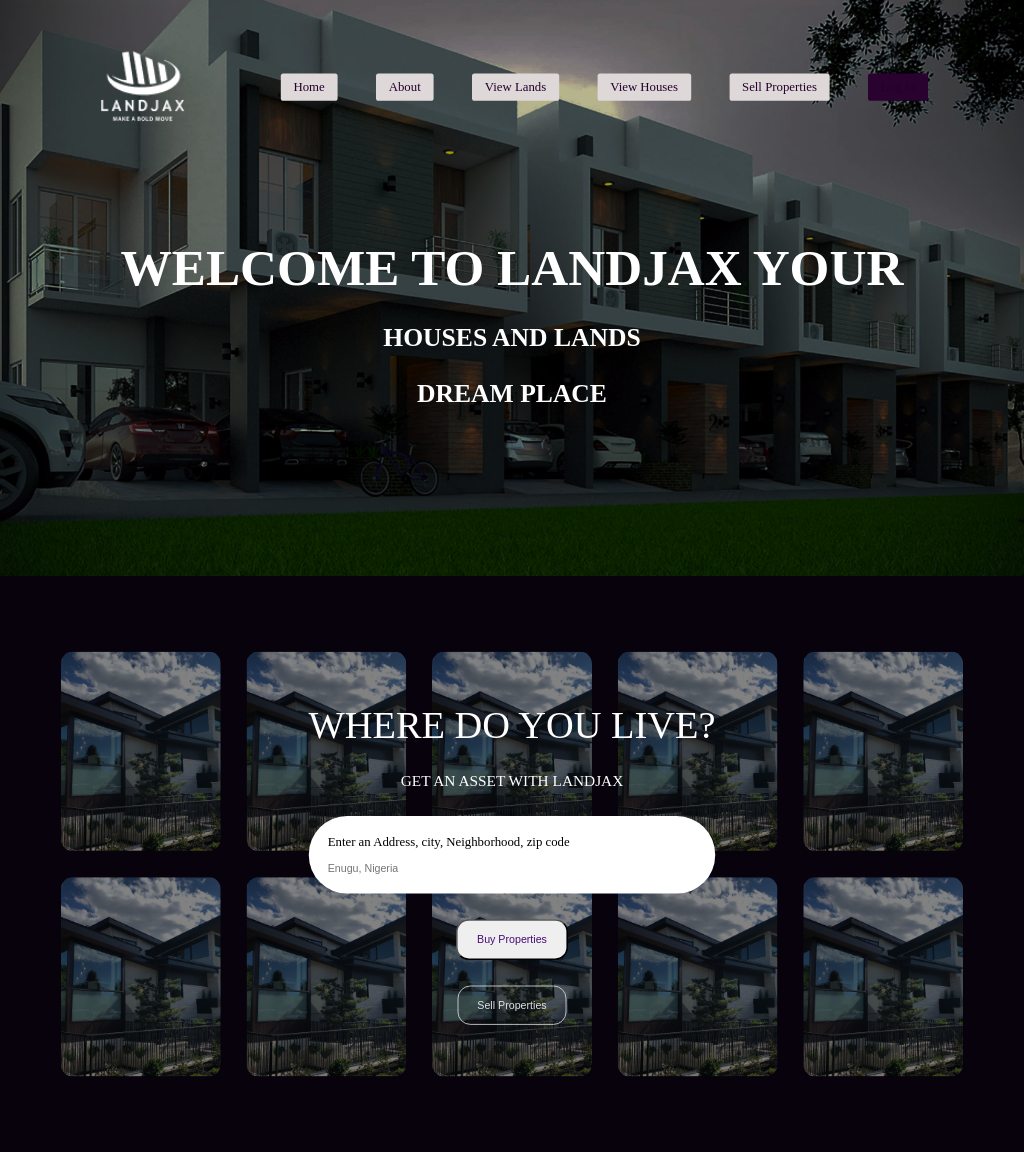
Repository: NorVirae/landjax-frontend
Page: /
The author's editor kept a copy of each file at every save. The page is drawn from the files as they stood at one save, then again after a run of saves.
The browser window is 1280 px wide. The pictures show the whole page, at 80% of full size.
The project was rebuilt for these pictures with package versions that can differ from the ones it lists, and the page was loaded fresh each time. The framework's server and built-in components were replaced by stand-ins that run in the browser. Also part of the build but not shown: next.config.js.

Above is the page before, as saved 2022-07-02 16:23:02.

After the next 8 saves:
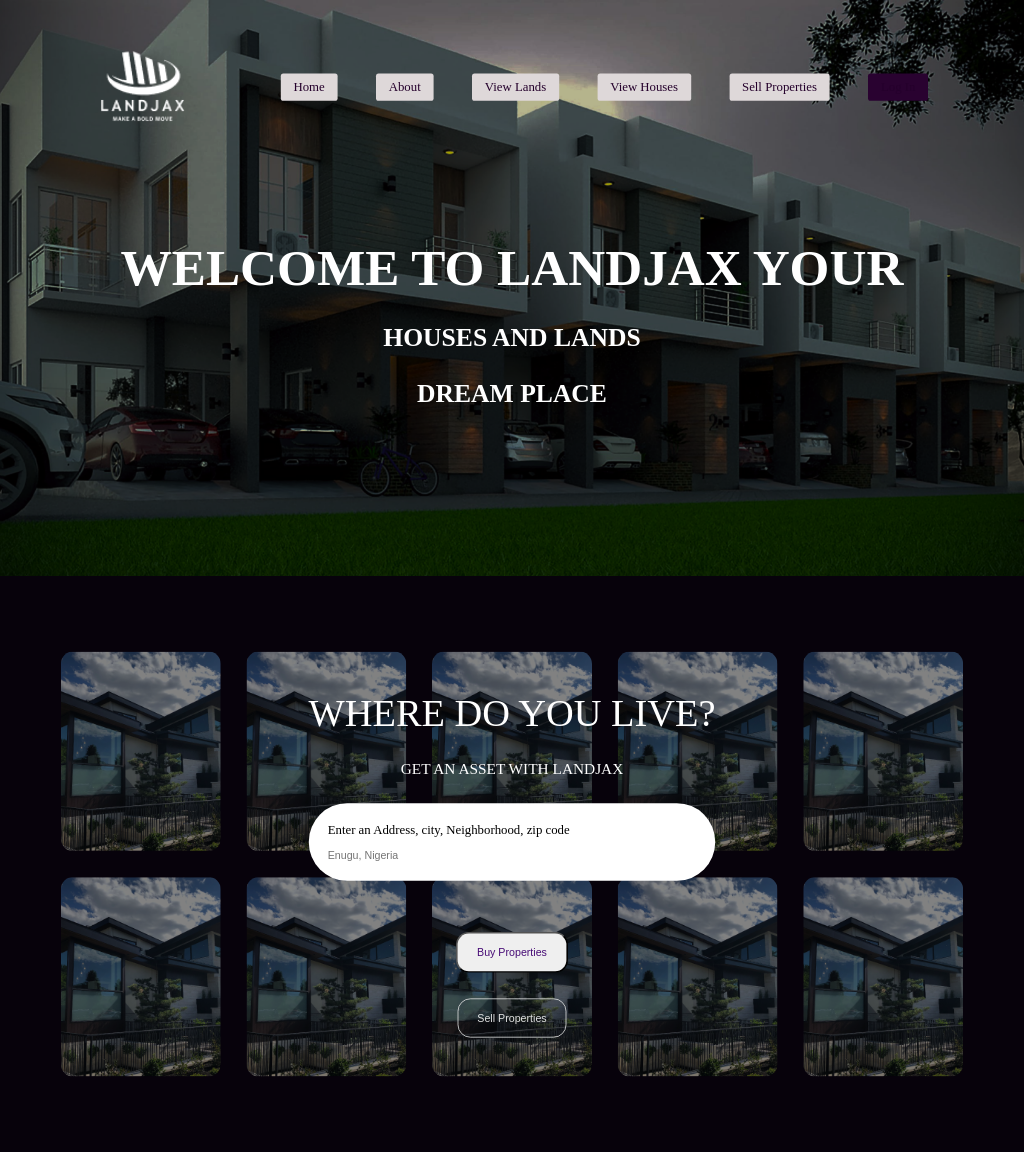
The 8 saves are shown as one change because 3 did not build or start and some came seconds apart.
The last was saved 59 s later.
--- a/pages/index.tsx
+++ b/pages/index.tsx
@@ -55,7 +55,9 @@ const Home = () => {
               <label className='house__form-label'>Enter an Address, city, Neighborhood, zip code</label>
               <input className="house__form-control" placeholder='Enugu, Nigeria' />
             </div>
+            <div className='house__btn-ecom-container'>
 
+            </div>
             <button className='house__btn-buy-prop'>Buy Properties</button>
             <button className='house__btn-sell-prop'>Sell Properties</button>
 
